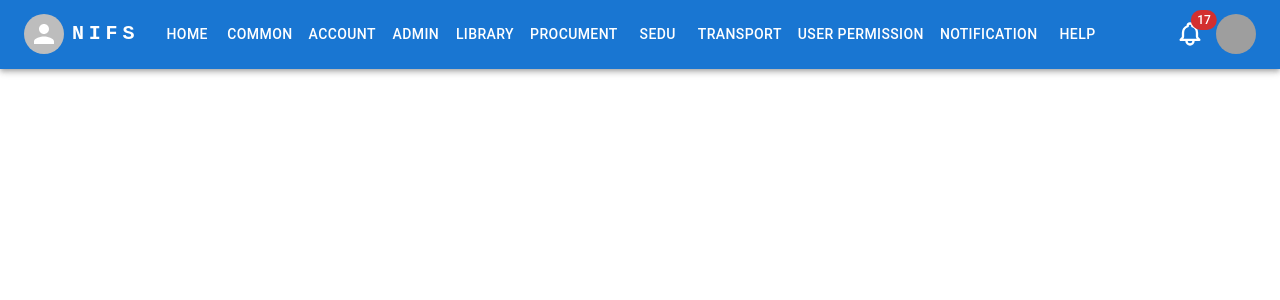
Repository: virangaj/NIFS-WebApp
Page: /sedu (app in client/)
An editor plug-in stored every save of this project. The page is shown before and after the next save, followed by the edit.
The browser window is 1280 px wide. The pictures show the whole page.
Pictures or frames that could not be fetched are drawn as grey boxes. The project was rebuilt for these pictures with package versions that can differ from the ones it lists, and the page was loaded fresh each time.

Above is the page before, as saved 2022-07-17 20:31:37.

### client/public/index.html
<!DOCTYPE html>
<html lang="en">
	<head>
		<meta charset="utf-8" />
		<link rel="icon" href="%PUBLIC_URL%/favicon.ico" />
		<meta name="viewport" content="width=device-width, initial-scale=1" />
		<meta name="theme-color" content="#000000" />
		<meta
			name="description"
			content="Web site created using create-react-app"
		/>
		<link rel="apple-touch-icon" href="%PUBLIC_URL%/logo192.png" />
		<!--
      manifest.json provides metadata used when your web app is installed on a
      user's mobile device or desktop. See https://developers.google.com/web/fundamentals/web-app-manifest/
    -->
		<link rel="manifest" href="%PUBLIC_URL%/manifest.json" />
		<!--
      Notice the use of %PUBLIC_URL% in the tags above.
      It will be replaced with the URL of the `public` folder during the build.
      Only files inside the `public` folder can be referenced from the HTML.

      Unlike "/favicon.ico" or "favicon.ico", "%PUBLIC_URL%/favicon.ico" will
      work correctly both with client-side routing and a non-root public URL.
      Learn how to configure a non-root public URL by running `npm run build`.
    -->
		<link
			href="https://fonts.googleapis.com/css?family=Poppins"
			rel="stylesheet"
		/>
		<title>NIFS Dashboard</title>
	</head>
	<body>
		<noscript>You need to enable JavaScript to run this app.</noscript>
		<div id="root"></div>
		<!--
      This HTML file is a template.
      If you open it directly in the browser, you will see an empty page.

      You can add webfonts, meta tags, or analytics to this file.
      The build step will place the bundled scripts into the <body> tag.

      To begin the development, run `npm start` or `yarn start`.
      To create a production bundle, use `npm run build` or `yarn build`.
    -->
	</body>
</html>

### client/src/index.css
* {
  margin: 0;
}

body {
  font-family: 'Poppins';
  -webkit-font-smoothing: antialiased;
  -moz-osx-font-smoothing: grayscale;
}

:root {
  --main-navbar-back: #00003c;

}


.nav-logo {
  width: 100px;
  height: auto;
}

/* main navbar */
.main-navbar {
  background-color: var(--main-navbar-back) !important;
  width: 100% !important;
}

/* secondary navbar */
.secondary-navbar {
  margin-top: 10vh !important;
  margin: auto;
}

/* body content */
.body-content {
  margin: auto;
  width: 90%;
  margin-top: 7vh;

}

.sub-body-content {
  margin: auto;
  width: 90%;
  margin-top: 3vh;
}

### client/src/App.tsx
import React from 'react';

import './App.css';
import Navbar from './components/shared/Navbar';

function App() {
  return (
    <div className="App">
      <Navbar />
    </div>
  );
}

export default App;

### client/src/components/shared/Navbar.tsx
import * as React from 'react';
import AppBar from '@mui/material/AppBar';
import Box from '@mui/material/Box';
import Toolbar from '@mui/material/Toolbar';
import IconButton from '@mui/material/IconButton';
import Typography from '@mui/material/Typography';
import Menu from '@mui/material/Menu';
import Container from '@mui/material/Container';
import Avatar from '@mui/material/Avatar';
import Button from '@mui/material/Button';
import Tooltip from '@mui/material/Tooltip';
import MenuItem from '@mui/material/MenuItem';
import { HiMenuAlt2, HiOutlineBell } from "react-icons/hi";
import Badge from '@mui/material/Badge';
import Logo from '../../images/nifs_logo.png'

const Navbar = () => {
    const pages = [
        {
            id: 0,
            title: 'Home',
            link: '/',
        },
        {
            id: 1,
            title: 'Common',
            link: '/common',
        },
        {
            id: 2,
            title: 'Account',
            link: '/account',
        },
        {
            id: 3,
            title: 'Admin',
            link: '/admin',
        },
        {
            id: 4,
            title: 'Library',
            link: '/library',
        },
        {
            id: 5,
            title: 'Procument',
            link: '/procument',
        },
        {
            id: 6,
            title: 'SEDU',
            link: '/sedu',
        },
        {
            id: 7,
            title: 'Transport',
            link: '/transport',
        },
        {
            id: 8,
            title: 'User Permission',
            link: '/user-permission',
        },
        {
            id: 9,
            title: 'Notification',
            link: '/notification',
        },
        {
            id: 10,
            title: 'Help',
            link: '/help',
        },
    ];

    const settings = [
        {
            id: 0,
            title: 'Login',
            link: '/login',
        },
    ];
    const [anchorElNav, setAnchorElNav] = React.useState<null | HTMLElement>(null);
    const [anchorElUser, setAnchorElUser] = React.useState<null | HTMLElement>(null);

    const handleOpenNavMenu = (event: React.MouseEvent<HTMLElement>) => {
        setAnchorElNav(event.currentTarget);
    };
    const handleOpenUserMenu = (event: React.MouseEvent<HTMLElement>) => {
        setAnchorElUser(event.currentTarget);
    };

    const handleCloseNavMenu = () => {
        setAnchorElNav(null);
    };

    const handleCloseUserMenu = () => {
        setAnchorElUser(null);
    };

    return (
        <AppBar position="static">
            <Container maxWidth="xl">
                <Toolbar disableGutters>
                    <Avatar sx={{ display: { xs: 'none', md: 'flex' }, mr: 1 }} />
                    <Typography
                        variant="h6"
                        noWrap
                        component="a"
                        href="/"
                        sx={{
                            mr: 2,
                            display: { xs: 'none', md: 'flex' },
                            fontFamily: 'monospace',
                            fontWeight: 700,
                            letterSpacing: '.3rem',
                            color: 'inherit',
                            textDecoration: 'none',
                        }}
                    >
                        NIFS
                    </Typography>

                    <Box sx={{ flexGrow: 1, display: { xs: 'flex', md: 'none' } }}>
                        <IconButton
                            size="large"
                            aria-label="account of current user"
                            aria-controls="menu-appbar"
                            aria-haspopup="true"
                            onClick={handleOpenNavMenu}
                            color="inherit"
                        >
                            <HiMenuAlt2 />
                        </IconButton>
                        <Menu
                            id="menu-appbar"
                            anchorEl={anchorElNav}
                            anchorOrigin={{
                                vertical: 'bottom',
                                horizontal: 'left',
                            }}
                            keepMounted
                            transformOrigin={{
                                vertical: 'top',
                                horizontal: 'left',
                            }}
                            open={Boolean(anchorElNav)}
                            onClose={handleCloseNavMenu}
                            sx={{
                                display: { xs: 'block', md: 'none' },
                            }}
                        >
                            {pages.map((page) => (
                                <MenuItem key={page.id} onClick={handleCloseNavMenu}>
                                    <Typography textAlign="center">{page.title}</Typography>
                                </MenuItem>
                            ))}
                        </Menu>
                    </Box>
                    {/* <HiMenuAlt2 sx={{ display: { xs: 'flex', md: 'none' }, mr: 1 }} /> */}
                    <Typography
                        variant="h5"
                        noWrap
                        component="a"
                        href=""
                        sx={{
                            mr: 2,
                            display: { xs: 'flex', md: 'none' },
                            flexGrow: 1,
                            fontFamily: 'monospace',
                            fontWeight: 700,
                            letterSpacing: '.3rem',
                            color: 'inherit',
                            textDecoration: 'none',
                        }}
                    >
                        LOGO
                    </Typography>
                    <Box sx={{ flexGrow: 1, display: { xs: 'none', md: 'flex' } }}>
                        {pages.map((page) => (
                            <Button
                                key={page.id}
                                onClick={handleCloseNavMenu}
                                sx={{ my: 2, color: 'white', display: 'block' }}
                            >
                                {page.title}
                            </Button>
                        ))}
                    </Box>
                    <IconButton
                        size="large"
                        aria-label="show 17 new notifications"
                        color="inherit"
                    >
                        <Badge badgeContent={17} color="error">
                            <HiOutlineBell />
                        </Badge>
                    </IconButton>
                    <Box sx={{ flexGrow: 0 }}>
                        <Tooltip title="Open settings">
                            <IconButton onClick={handleOpenUserMenu} sx={{ p: 0 }}>
                                <Avatar alt="Remy Sharp" src="/static/images/avatar/2.jpg" />
                            </IconButton>
                        </Tooltip>
                        <Menu
                            sx={{ mt: '45px' }}
                            id="menu-appbar"
                            anchorEl={anchorElUser}
                            anchorOrigin={{
                                vertical: 'top',
                                horizontal: 'right',
                            }}
                            keepMounted
                            transformOrigin={{
                                vertical: 'top',
                                horizontal: 'right',
                            }}
                            open={Boolean(anchorElUser)}
                            onClose={handleCloseUserMenu}
                        >
                            {settings.map((setting) => (
                                <MenuItem key={setting.id} onClick={handleCloseUserMenu}>
                                    <Typography textAlign="center">{setting.title}</Typography>
                                </MenuItem>
                            ))}
                        </Menu>
                    </Box>
                </Toolbar>
            </Container>
        </AppBar>
    );
};
export default Navbar;

Loaded but not shown: client/src/index.tsx (common file); client/src/reportWebVitals.ts (common file); client/src/App.css (common file)

After the next save:
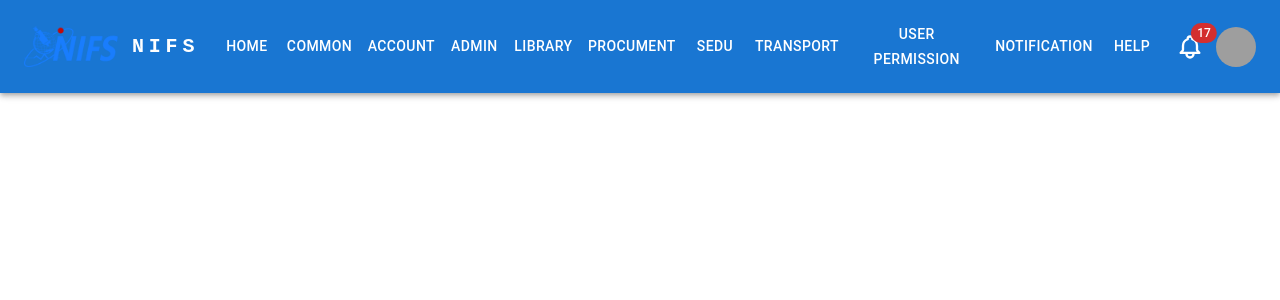
Saved 48 s later.
--- a/client/src/components/shared/Navbar.tsx
+++ b/client/src/components/shared/Navbar.tsx
@@ -102,7 +102,10 @@ const Navbar = () => {
         <AppBar position="static">
             <Container maxWidth="xl">
                 <Toolbar disableGutters>
-                    <Avatar sx={{ display: { xs: 'none', md: 'flex' }, mr: 1 }} />
+                    {/*Responsive view start here  */}
+                    <Box sx={{ display: { xs: 'none', md: 'flex' }, mr: 1 }}>
+                        <img src={Logo} alt="logo" className="nav-logo" />
+                    </Box>
                     <Typography
                         variant="h6"
                         noWrap
